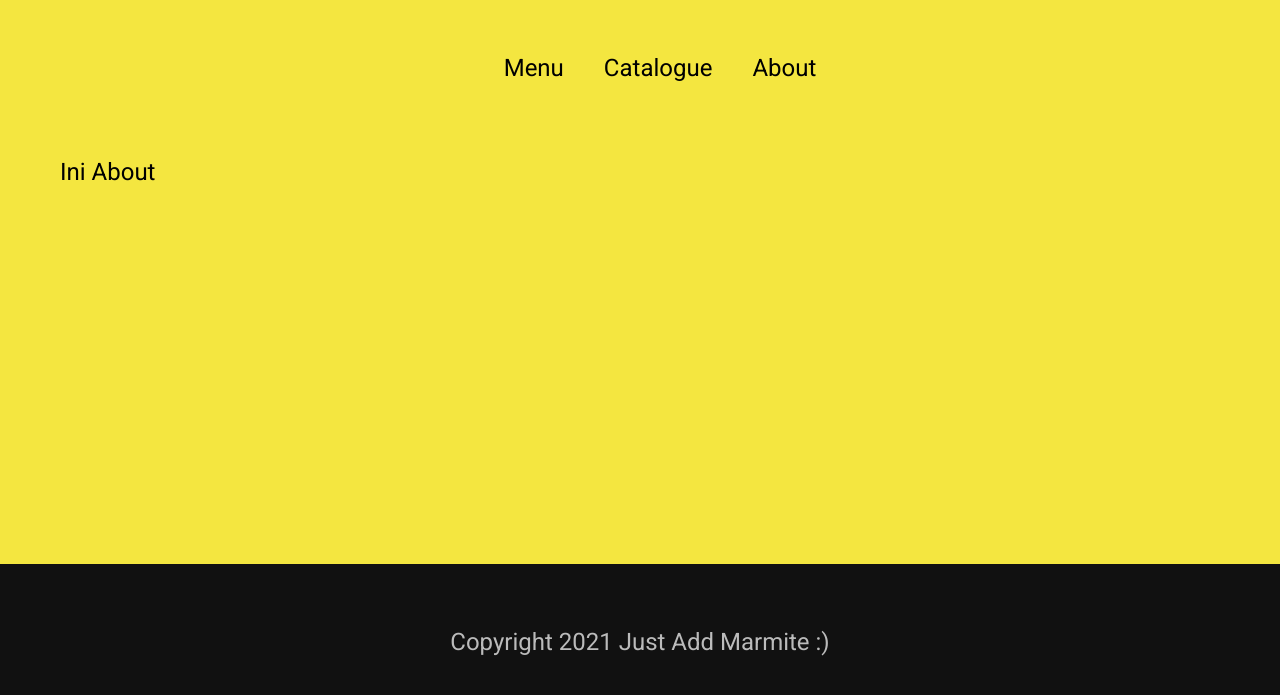
Repository: Fauzaanmhmd/Skripsi
Page: /about
The author's editor kept a copy of each file at every save. The page is drawn from the files as they stood at one save, then again after the next save.
The browser window is 1280 px wide. The pictures show the whole page.
The project was rebuilt for these pictures with package versions that can differ from the ones it lists, and the page was loaded fresh each time. The framework's server and built-in components were replaced by stand-ins that run in the browser. Also part of the build but not shown: next.config.js.

Above is the page before, as saved 2021-05-24 21:34:55.

### pages/about/index.js
import Layout from "../../components/Layout"

export default function About({ recipes }) {
    return (
        <Layout>
            Ini About
        </Layout>

    )
}

### styles/globals.css
@import url('https://fonts.googleapis.com/css2?family=Roboto:ital,wght@0,100;0,300;0,400;0,500;0,700;0,900;1,100;1,300;1,400;1,500;1,700;1,900&display=swap');

body {
  background: #F4E640;
  margin: 0;
  font-family: 'Roboto';
  font-size: 1.5em;
}
.layout {
  min-height: 100vh;
  display: flex;
  flex-direction: column;
}
header {
  text-align: center;
}
header a {
  text-decoration: none;
  color: black;
  text-transform: uppercase;
  display: inline-block;
}
header h1, header h2 {
  margin: 0;
}
header span {
  display: block;
  line-height: 1em;
}
header span:first-child {
  font-size: 1em;
  font-weight: 400;
}
header span:last-child {
  font-size: 1.5em;
  font-weight: 800;
}
header h2 {
  font-size: 1.2em;
  font-weight: 400;
}
footer {
  background: #111;
  color: #bbb;
  padding: 40px;
  text-align: center;
  margin-top: auto
}
.page-content {
  max-width: 1200px;
  margin: 20px auto 80px;
  padding: 0 20px;
  width: 100%;
  box-sizing: border-box;
}

.navbar {
  display: flex;
  justify-content: center;
  padding: 10px 20px;
  align-items: center;
  background-color: #F4E640;
  flex-direction: column-reverse;
}

navbar_menu {
  position: fixed;
}
ul{
  list-style-type: none;
  display: flex;
}

li {
  margin: 20px;
  cursor: pointer;
  border-bottom: 2px solid #F4E640;
}
li:hover {
background-color: transparent;
border-bottom: 2px solid black;
}
.navimg{
  position: absolute;
  left: 20px;
}

.zoom:hover {
  -ms-transform: scale(1.5); /* IE 9 */
  -webkit-transform: scale(1.5); /* Safari 3-8 */
  transform: scale(1.5);
  transition: transform .9s;
}

img {
  width: 550px;
  height: 380px;
  margin: 10px 30px 0px 30px;
  padding: 10px 20px 0px 20px;
  display: flex;
  justify-content: center;
  align-items: center;
  position: relative;
  cursor: pointer;
}

img:hover {
  -ms-transform: scale(1.1); /* IE 9 */
  -webkit-transform: scale(1.1); /* Safari 3-8 */
  transform: scale(1.1);
  transition: transform .9s;
}

.image {
  display: grid;
  grid-template-columns: repeat(2,minmax(0,1fr));
  grid-gap: .5rem;
  padding: 0 50px;
}

.button {
  cursor : pointer;
  margin: 0 30px;
  padding: 0 20px;
  width: 100px;
}

.button {
  cursor: pointer;
    margin-bottom: 30px;
    margin-top: 30px;
    margin-left: 0px;
    margin-right: 0px;
    padding-top: 10px;
    padding-bottom: 10px;
    border-top-width: 2px;
    border-bottom-width: 2px
}

.img-bg {
  display: flex;
  background-color: white;
  flex-direction: column;
  justify-content: center;
  align-items: center;
  width: 65%;
  height: 150px;
  margin: -50px 0px 40px 90px;
}

.zoom-dropdown:hover {
  -ms-transform: scale(1.5); /* IE 9 */
  -webkit-transform: scale(1.5); /* Safari 3-8 */
  transform: scale(1.5);
  transition: transform .9s;
}

### components/Layout.js
import Link from 'next/link'
import Navbar from './Navbar'

export default function Layout({ children }) {

  return (
    <div className="layout">
      <header>
        <Navbar />
      </header>

      <div className="page-content">
        {children}
      </div>



      <footer>
        <p>Copyright 2021 Just Add Marmite :)</p>
      </footer>
    </div >
  )
}

### components/Navbar.js
import Link from 'next/link'

const Navbar = props => {
    return (
        <div className="navbar">
            <ul className="navbar_menu">
                <Link href="/">
                    <li className="zoom">Menu</li>
                </Link>
                <Link href="/catalogue">
                    <li className="zoom-dropdown">Catalogue</li>
                </Link>
                <Link href="/about">
                    <li className="zoom">About</li>
                </Link>
            </ul>
        </div>
    )
}

export default Navbar

Loaded but not shown: pages/_app.js (common file)

After the next save:
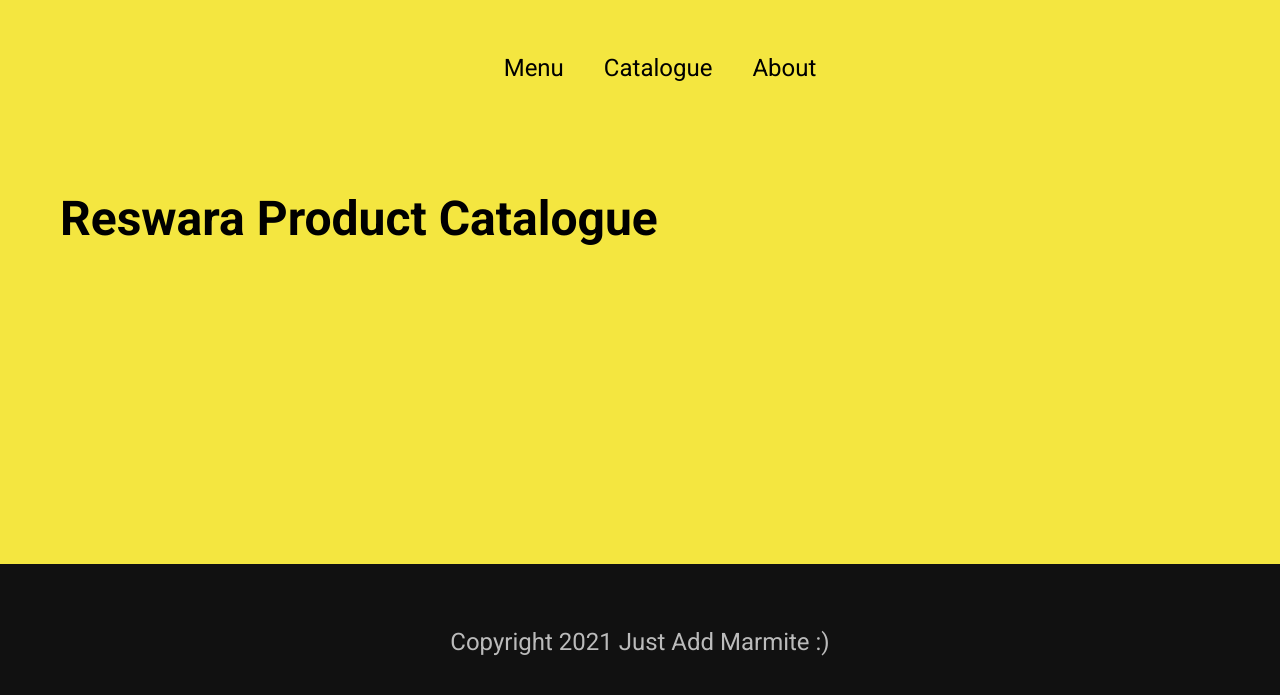
Saved 9 s later.
--- a/pages/about/index.js
+++ b/pages/about/index.js
@@ -3,7 +3,7 @@ import Layout from "../../components/Layout"
 export default function About({ recipes }) {
     return (
         <Layout>
-            Ini About
+            <h1 className="zoom">Reswara Product Catalogue</h1>
         </Layout>
 
     )
